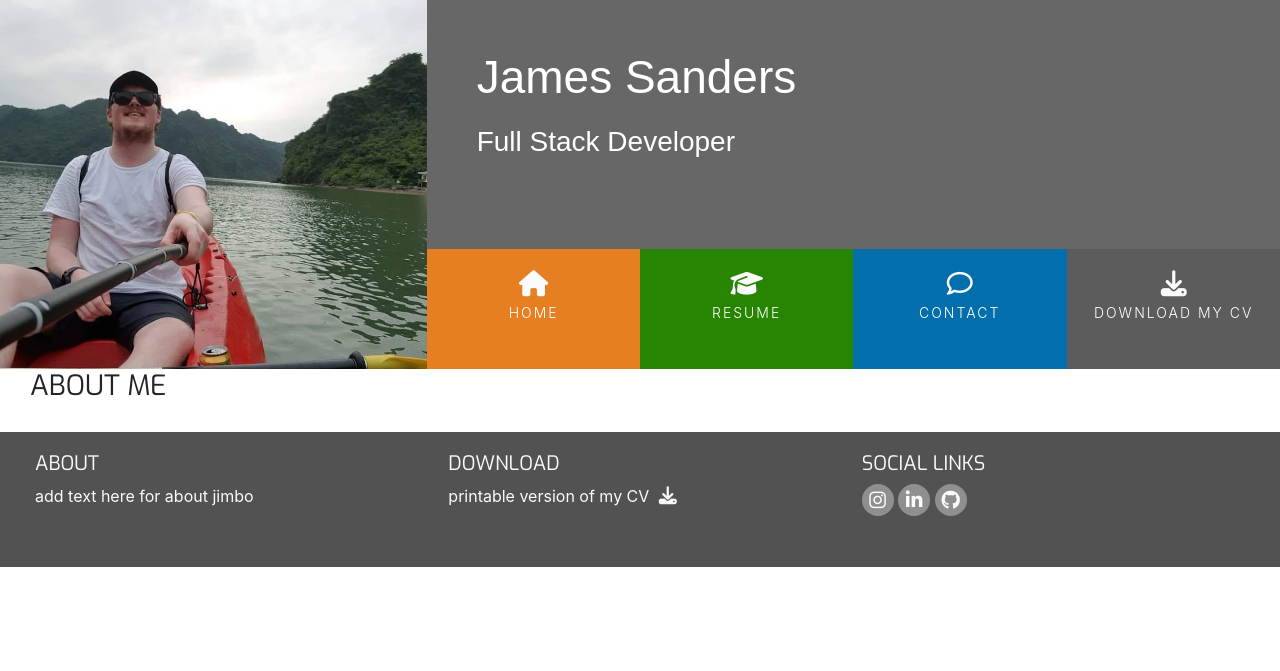
Repository: JaySanders95/my-online-resume
Page: index.html
The author's editor kept a copy of each file at every save. The page is drawn from the files as they stood at one save, then again after a run of saves.
The browser window is 1280 px wide. The pictures show the whole page.
Some web fonts or font styles are not loaded; a fallback is used. Some web libraries are served in a nearby version.

Above is the page before, as saved 2023-04-19 18:43:43.

After the next 2 saves:
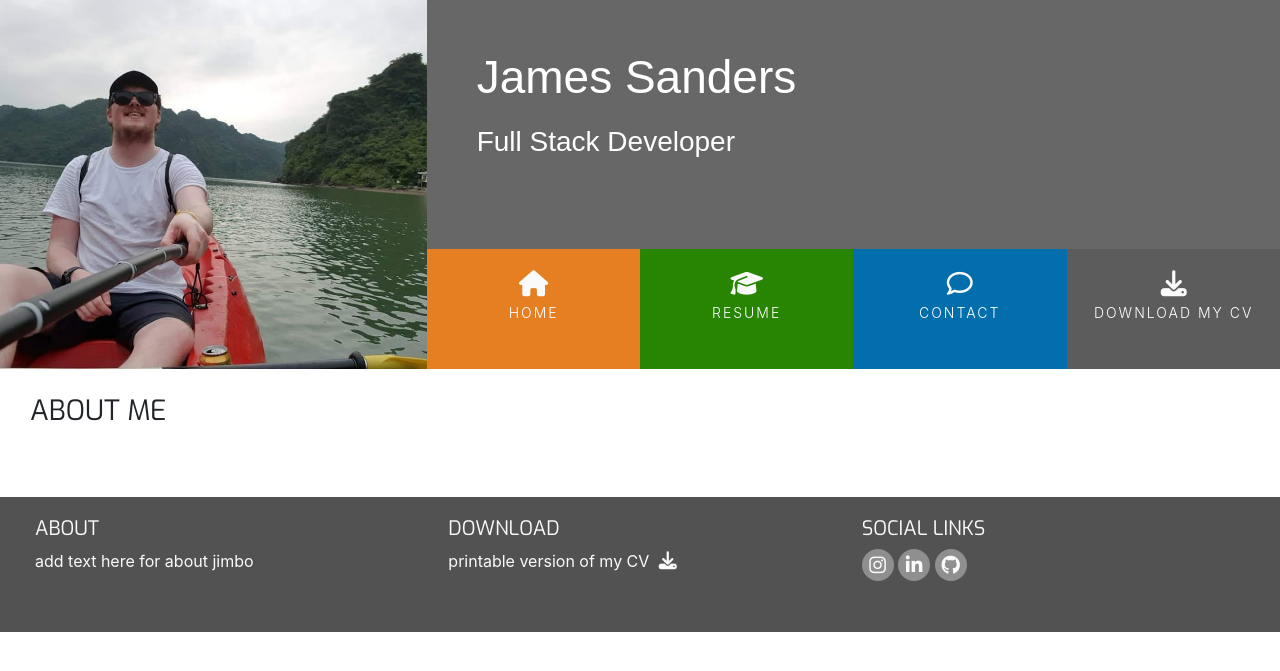
The 2 saves are shown as one change because they came seconds apart.
The last was saved 31 s later.
--- a/assets/css/style.css
+++ b/assets/css/style.css
@@ -60,6 +60,9 @@ h1,h2,h3,h4 {
 
 .section-heading {
     font-family: 'Exo', sans-serif;
+    font-weight: 300;
+    margin-top: 25px;
+    margin-bottom: 40px;
 }
 
 /* ------- Headers ---------*/
